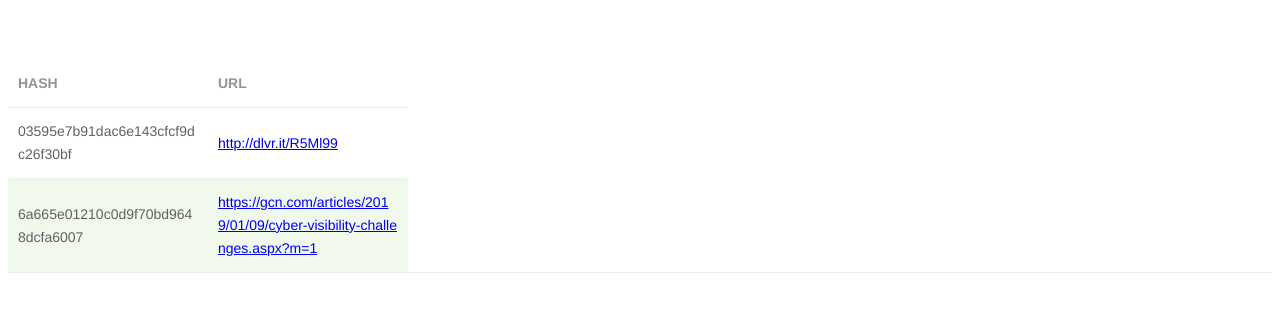
Repository: NicoleGX/TI
Page: /
An editor plug-in stored every save of this project. The page is shown before and after the next save, followed by the edit.
The browser window is 1280 px wide. The pictures show the whole page.
The project was rebuilt for these pictures with package versions that can differ from the ones it lists, and the page was loaded fresh each time.

Above is the page before, as saved 2019-05-28 19:35:02.

### index.html
<!DOCTYPE html>
<html>
  <head>
    <meta charset="utf-8">
    <meta name="viewport" content="width=device-width,initial-scale=1.0">
    <title>cyberti</title>
  </head>
  <body>
    <div id="app"></div>
    <!-- built files will be auto injected -->
  </body>
</html>

### src/main.js
// The Vue build version to load with the `import` command
// (runtime-only or standalone) has been set in webpack.base.conf with an alias.
import Vue from 'vue'
import App from './App'
import router from './router'

import ElementUI from 'element-ui'
import 'element-ui/lib/theme-chalk/index.css';

Vue.use(ElementUI)

Vue.config.productionTip = false

/* eslint-disable no-new */
new Vue({
  el: '#app',
  router,
  components: { App },
  template: '<App/>'
})

### src/router/index.js
import Vue from 'vue'
import Router from 'vue-router'
import TextClassification from '@/views/TextClassification'

Vue.use(Router)

export default new Router({
  routes: [
    {
      path: '/',
      name: 'TextClassification',
      component: TextClassification
    }
  ]
})

### src/views/TextClassification.vue
<template>
  <el-container>
    <!-- <el-aside> -->
      <el-table
        :data="tableData"
        style="width: 100%"
        :row-class-name="tableRowClassName">
        <el-table-column
          prop="hash"
          label="HASH"
          width="200">
        </el-table-column>
        <el-table-column
          prop="url"
          label="URL"
          width="200">
          <template slot-scope="scope">
            <a :href=scope.row.url
              target="_black"
              class="buttonText">{{scope.row.url}}</a>
          </template>
        </el-table-column>
      </el-table>
    <!-- </el-aside> -->
    <!-- <el-main></el-main> -->
  </el-container>
</template>

<script>
export default {
  name: 'textclassfication',
  methods: {
    tableRowClassName({row, rowIndex}) {
      if (row['edit'] == 0) {
        return 'warning-row';
      } else if (row['edit'] == 1) {
        return 'success-row';
      }
      return '';
    }
  },
  data() {
    return {
      tableData: [{
        hash: '03595e7b91dac6e143cfcf9dc26f30bf',
        url: 'http://dlvr.it/R5Ml99',
        edit: 0
      }, {
        hash: '6a665e01210c0d9f70bd9648dcfa6007',
        url: 'https://gcn.com/articles/2019/01/09/cyber-visibility-challenges.aspx?m=1',
        edit: 1
      }]
    }
  }
}
</script>

<style>
.el-table {
  width: 100%!important;
}
.el-table .warning-row {
  background: #fff;
}

.el-table .success-row {
  background: #f0f9eb;
}
</style>

Loaded but not shown: src/App.vue (common file)

After the next save:
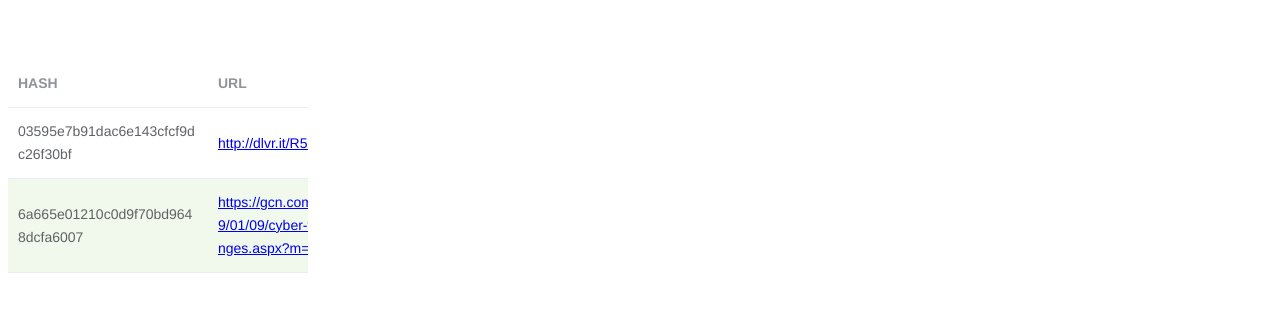
Saved 8 min 44 s later.
--- a/src/views/TextClassification.vue
+++ b/src/views/TextClassification.vue
@@ -1,6 +1,6 @@
 <template>
   <el-container>
-    <!-- <el-aside> -->
+    <el-aside>
       <el-table
         :data="tableData"
         style="width: 100%"
@@ -21,8 +21,8 @@
           </template>
         </el-table-column>
       </el-table>
-    <!-- </el-aside> -->
-    <!-- <el-main></el-main> -->
+    </el-aside>
+    <el-main></el-main>
   </el-container>
 </template>
 
